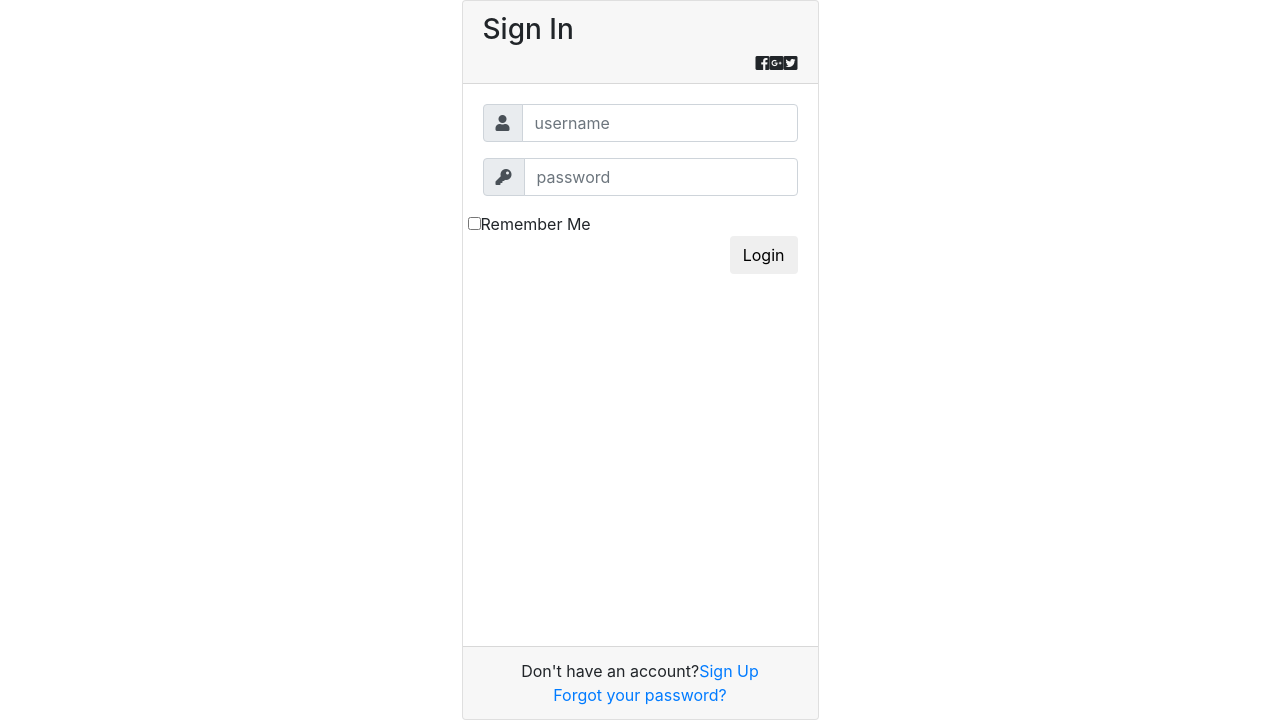
Repository: RamitKundu/1_Project
Page: Quotes/src/main/webapp/WEB-INF/pages/index.html
An editor plug-in stored every save of this project. The page is shown before and after the next save, followed by the edit.
The browser window is 1280 px wide. The pictures show the whole page.
Some web libraries are served in a nearby version.

Above is the page before, as saved 2020-08-08 17:52:44.
Console error: TypeError: Cannot read properties of undefined (reading 'fn')
Not found: Quotes/src/main/webapp/WEB-INF/pages/styles.css

After the next save:
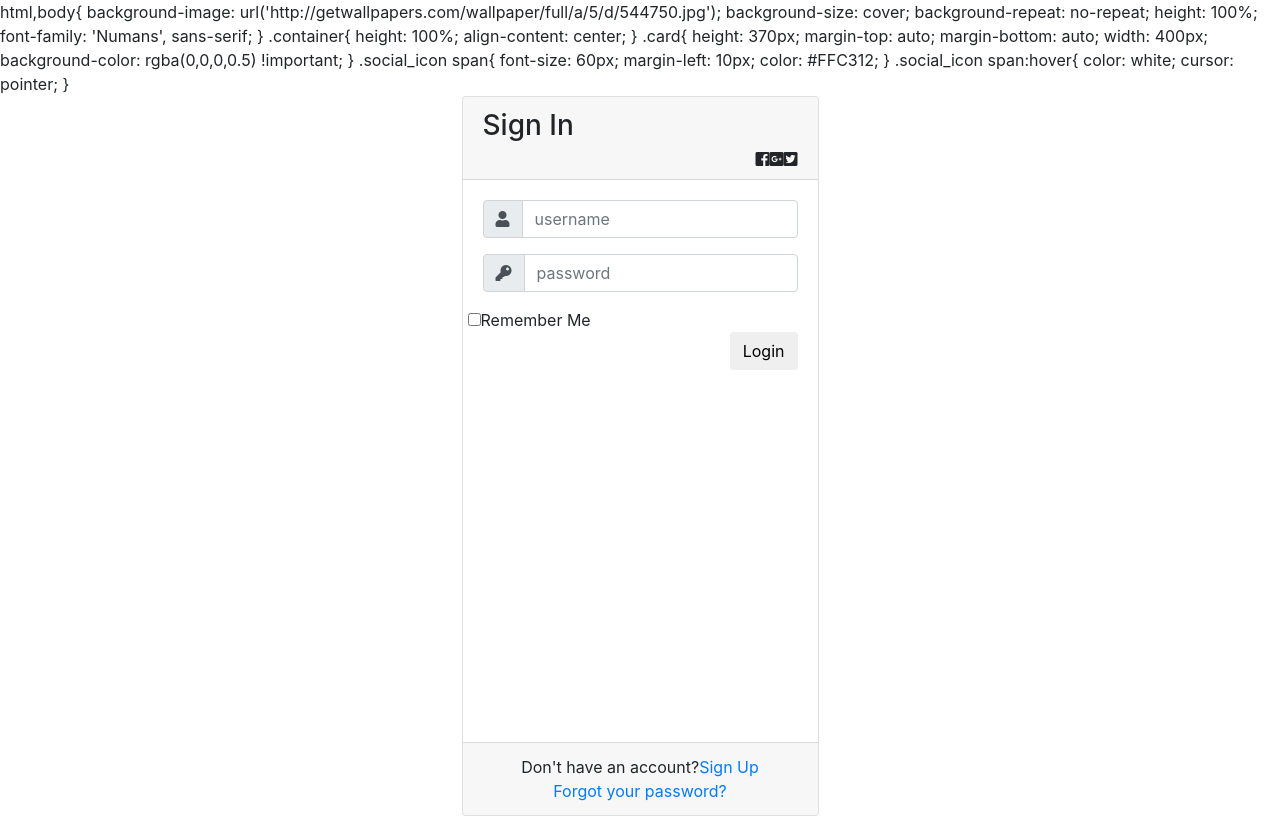
Saved 84 s later.
--- a/Quotes/src/main/webapp/WEB-INF/pages/index.html
+++ b/Quotes/src/main/webapp/WEB-INF/pages/index.html
@@ -17,6 +17,38 @@
 
 	<!--Custom styles-->
 	<link rel="stylesheet" type="text/css" href="styles.css">
+	html,body{
+background-image: url('http://getwallpapers.com/wallpaper/full/a/5/d/544750.jpg');
+background-size: cover;
+background-repeat: no-repeat;
+height: 100%;
+font-family: 'Numans', sans-serif;
+}
+
+.container{
+height: 100%;
+align-content: center;
+}
+
+.card{
+height: 370px;
+margin-top: auto;
+margin-bottom: auto;
+width: 400px;
+background-color: rgba(0,0,0,0.5) !important;
+}
+
+.social_icon span{
+font-size: 60px;
+margin-left: 10px;
+color: #FFC312;
+}
+
+.social_icon span:hover{
+color: white;
+cursor: pointer;
+}
+
 </head>
 <body>
 <div class="container">
